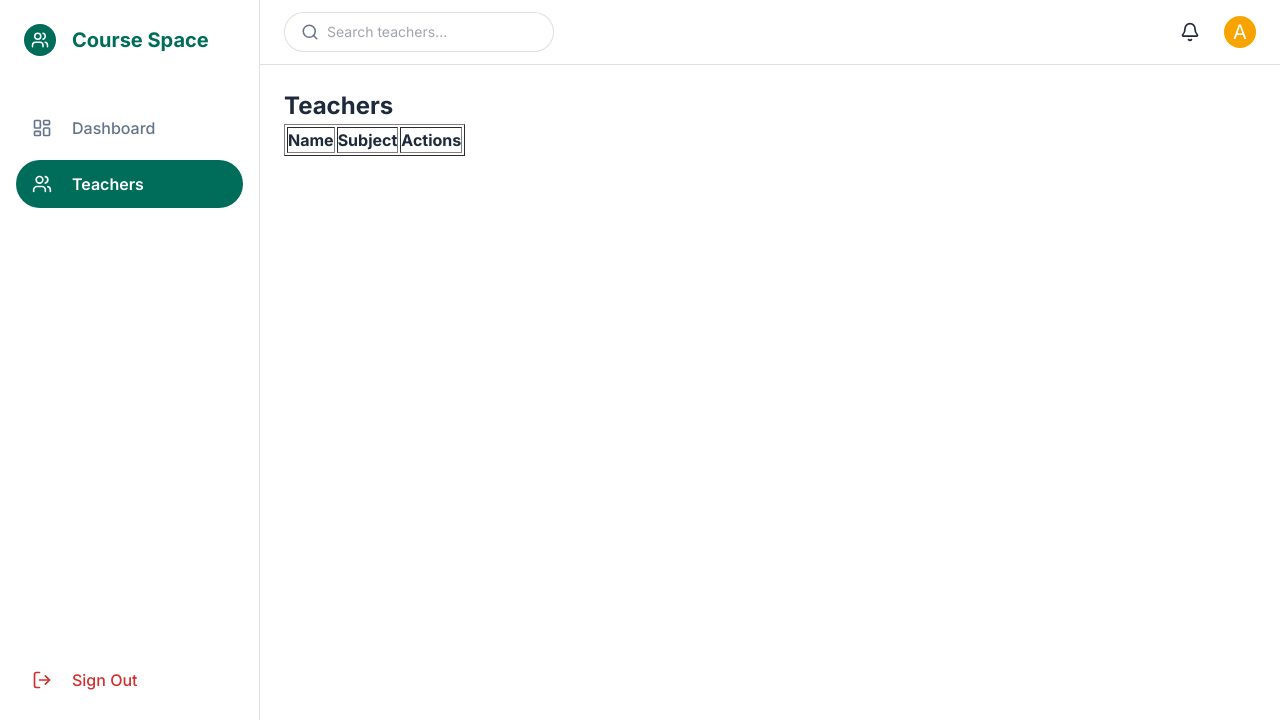
Repository: int-sonu/teacher_management_dashboard
Page: /teachers
The author's editor kept a copy of each file at every save. The page is drawn from the files as they stood at one save, then again after the next save.
The browser window is 1280 px wide. The pictures show the whole page.
The page's requests for data from a server got no answer. The project was rebuilt for these pictures with package versions that can differ from the ones it lists, and the page was loaded fresh each time. No one was signed in, and anything a server would have sent is missing. Also part of the build but not shown: vite.config.ts, src/components/layout/PublicLayout.tsx, src/pages/DashboardHome.tsx, src/features/teachers/TeacherForm.tsx, src/features/teachers/TeacherDetail.tsx, src/pages/LandingPage.tsx, src/api/axiosClient.ts, src/api/authApi.ts and 3 more.

Above is the page before, as saved 2026-03-26 02:40:39.

### index.html
<!DOCTYPE html>
<html lang="en">
  <head>
    <meta charset="UTF-8" />
    <link rel="icon" type="image/svg+xml" href="/vite.svg" />
    <meta name="viewport" content="width=device-width, initial-scale=1.0" />
    <title>TeacherOS - Professional Dashboard</title>
    <link rel="preconnect" href="https://fonts.googleapis.com">
    <link rel="preconnect" href="https://fonts.gstatic.com" crossorigin>
    <link href="https://fonts.googleapis.com/css2?family=Inter:wght@300;400;500;600;700;800;900&display=swap" rel="stylesheet">
  </head>
  <body>
    <div id="root"></div>
    <script type="module" src="/src/main.tsx"></script>
  </body>
</html>

### src/main.tsx
import { StrictMode } from 'react'
import { createRoot } from 'react-dom/client'
import { Provider } from 'react-redux'
import { store } from './app/store'
import App from './App.tsx'
import './styles/global.css'
import './styles/glassmorphism.css'

createRoot(document.getElementById('root')!).render(
  <StrictMode>
    <Provider store={store}>
      <App />
    </Provider>
  </StrictMode>,
)

### src/app/store.ts
import { configureStore } from '@reduxjs/toolkit';
import teacherReducer from '../features/teachers/teacherSlice';
import toastReducer from '../features/toast/toastSlice';

export const store = configureStore({
  reducer: {
    teachers: teacherReducer,
    toast: toastReducer,
  },
});

export type RootState = ReturnType<typeof store.getState>;
export type AppDispatch = typeof store.dispatch;

### src/App.tsx
import { BrowserRouter as Router, Routes, Route, Navigate } from 'react-router-dom';
import { ThemeProvider } from '@mui/material/styles';
import CssBaseline from '@mui/material/CssBaseline';
import theme from './theme';
import DashboardLayout from './components/layout/DashboardLayout';
import PublicLayout from './components/layout/PublicLayout';
import DashboardHome from './pages/DashboardHome';
import TeachersPage from './pages/TeachersPage';
import LandingPage from './pages/LandingPage';
import { AboutPage, ContactPage, AuthPage } from './pages/StaticPages';
import Toast from './components/common/Toast';

const App = () => {
  return (
    <ThemeProvider theme={theme}>
      <CssBaseline />
      <Router>
        <Routes>
          {/* Public Routes */}
          <Route path="/" element={<PublicLayout><LandingPage /></PublicLayout>} />
          <Route path="/about" element={<PublicLayout><AboutPage /></PublicLayout>} />
          <Route path="/contact" element={<PublicLayout><ContactPage /></PublicLayout>} />
          <Route path="/login" element={<PublicLayout><AuthPage mode="login" /></PublicLayout>} />
          <Route path="/register" element={<PublicLayout><AuthPage mode="register" /></PublicLayout>} />

          {/* Dashboard Routes */}
          <Route path="/dashboard" element={<DashboardLayout><DashboardHome /></DashboardLayout>} />
          <Route path="/teachers" element={<DashboardLayout><TeachersPage /></DashboardLayout>} />

          {/* Catch all */}
          <Route path="*" element={<Navigate to="/" replace />} />
        </Routes>
        <Toast />
      </Router>
    </ThemeProvider>
  );
};

export default App;

### src/features/teachers/teacherSlice.ts
import { createSlice, createAsyncThunk } from "@reduxjs/toolkit";
import * as api from "../../api/teacherApi";

export interface Teacher {
  id: number;
  name: string;
  subject: string;
}

interface TeacherState {
  teachers: Teacher[];
  selectedTeacher: Teacher | null;
  loading: boolean;
  error: string | null;
}

const initialState: TeacherState = {
  teachers: [],
  selectedTeacher: null,
  loading: false,
  error: null,
};

// 🔥 THUNKS

export const fetchTeachers = createAsyncThunk(
  "teachers/fetchAll",
  async () => await api.getTeachers()
);

// 🔥 FIXED (THIS WAS MISSING)
export const fetchTeacherById = createAsyncThunk(
  "teachers/fetchById",
  async (id: number) => await api.getTeacherById(id)
);

export const addTeacher = createAsyncThunk(
  "teachers/add",
  async (data: Teacher) => await api.createTeacher(data)
);

export const updateTeacher = createAsyncThunk(
  "teachers/update",
  async ({ id, data }: { id: number; data: Teacher }) =>
    await api.updateTeacher(id, data)
);

export const deleteTeacher = createAsyncThunk(
  "teachers/delete",
  async (id: number) => await api.deleteTeacherApi(id)
);

// 🔥 SLICE
const teacherSlice = createSlice({
  name: "teachers",
  initialState,
  reducers: {},
  extraReducers: (builder) => {
    builder
      // FETCH ALL
      .addCase(fetchTeachers.pending, (state) => {
        state.loading = true;
      })
      .addCase(fetchTeachers.fulfilled, (state, action) => {
        state.loading = false;
        state.teachers = action.payload.data || action.payload;
      })
      .addCase(fetchTeachers.rejected, (state) => {
        state.loading = false;
        state.error = "Failed to fetch";
      })

      // 🔥 FETCH BY ID
      .addCase(fetchTeacherById.fulfilled, (state, action) => {
        state.selectedTeacher = action.payload;
      })

      // ADD
      .addCase(addTeacher.fulfilled, (state, action) => {
        state.teachers.push(action.payload);
      })

      // UPDATE
      .addCase(updateTeacher.fulfilled, (state, action) => {
        const index = state.teachers.findIndex(
          (t) => t.id === action.payload.id
        );
        if (index !== -1) {
          state.teachers[index] = action.payload;
        }
      })

      // DELETE
      .addCase(deleteTeacher.fulfilled, (state, action) => {
        state.teachers = state.teachers.filter(
          (t) => t.id !== action.payload
        );
      });
  },
});

export default teacherSlice.reducer;

### src/features/toast/toastSlice.ts
import { createSlice } from '@reduxjs/toolkit';
import type { PayloadAction } from '@reduxjs/toolkit';

export interface ToastMessage {
  id: string;
  type: 'success' | 'error' | 'info';
  message: string;
}

interface ToastState {
  messages: ToastMessage[];
}

const initialState: ToastState = {
  messages: [],
};

const toastSlice = createSlice({
  name: 'toast',
  initialState,
  reducers: {
    showToast: (state, action: PayloadAction<Omit<ToastMessage, 'id'>>) => {
      const id = Date.now().toString();
      state.messages.push({ ...action.payload, id });
    },
    hideToast: (state, action: PayloadAction<string>) => {
      state.messages = state.messages.filter((m) => m.id !== action.payload);
    },
  },
});

export const { showToast, hideToast } = toastSlice.actions;
export default toastSlice.reducer;

### src/theme.ts
import { createTheme } from '@mui/material/styles';

const theme = createTheme({
  palette: {
    primary: {
      main: '#006d5b', // The deep green from the design
      contrastText: '#ffffff',
    },
    secondary: {
      main: '#f7a400', // The yellow/orange accent
    },
    background: {
      default: '#ffffff',
      paper: '#ffffff',
    },
    text: {
      primary: '#1e293b',
      secondary: '#64748b',
    },
  },
  typography: {
    fontFamily: '"Inter", "Roboto", "Helvetica", "Arial", sans-serif',
    h1: {
      fontWeight: 900,
      letterSpacing: '-0.02em',
    },
    h2: {
      fontWeight: 800,
      letterSpacing: '-0.01em',
    },
    button: {
      textTransform: 'none',
      fontWeight: 700,
    },
  },
  shape: {
    borderRadius: 12,
  },
  components: {
    MuiButton: {
      styleOverrides: {
        root: {
          padding: '10px 24px',
          boxShadow: 'none',
          '&:hover': {
            boxShadow: 'none',
          },
        },
        containedPrimary: {
          backgroundColor: '#006d5b',
          '&:hover': {
            backgroundColor: '#005a4a',
          },
        },
      },
    },
    MuiAppBar: {
      styleOverrides: {
        root: {
          backgroundColor: '#ffffff',
          color: '#1e293b',
          boxShadow: 'none',
          borderBottom: '1px solid #f1f5f9',
        },
      },
    },
  },
});

export default theme;

### src/components/layout/DashboardLayout.tsx
import React, { useState } from 'react';
import { NavLink, useLocation, useNavigate } from 'react-router-dom';
import {
  Box, Drawer, AppBar, Toolbar, Typography, List, ListItem,
  ListItemButton, ListItemIcon, ListItemText, IconButton, Avatar,
  InputBase, useTheme
} from '@mui/material';
import { LayoutDashboard, Users, LogOut, Search, Bell, Menu, Info, Mail } from 'lucide-react';

const DRAWER_WIDTH = 260;

const DashboardLayout: React.FC<{ children: React.ReactNode }> = ({ children }) => {
  const theme = useTheme();
  const location = useLocation();
  const navigate = useNavigate();
  const [mobileOpen, setMobileOpen] = useState(false);

  const handleDrawerToggle = () => {
    setMobileOpen(!mobileOpen);
  };

  const navItems = [
    { to: '/dashboard', icon: <LayoutDashboard size={20} />, label: 'Dashboard' },
    { to: '/teachers', icon: <Users size={20} />, label: 'Teachers' },

  ];

  const drawer = (
    <Box sx={{ display: 'flex', flexDirection: 'column', height: '100%' }}>
      <Box sx={{ p: 3, display: 'flex', alignItems: 'center', gap: 2, mb: 2 }}>
        <Box sx={{
          width: 32, height: 32, borderRadius: 2,
          bgcolor: 'primary.main', display: 'flex',
          alignItems: 'center', justifyContent: 'center'
        }}>
          <Users size={18} color="#fff" />
        </Box>
        <Typography variant="h6" fontWeight="bold" color="primary.main">
          Course Space
        </Typography>
      </Box>

      <List sx={{ px: 2, flex: 1 }}>
        {navItems.map((item) => {
          const isActive = location.pathname.startsWith(item.to);
          return (
            <ListItem key={item.to} disablePadding sx={{ mb: 1 }}>
              <ListItemButton
                component={NavLink}
                to={item.to}
                sx={{
                  borderRadius: 2,
                  bgcolor: isActive ? 'primary.main' : 'transparent',
                  color: isActive ? 'primary.contrastText' : 'text.secondary',
                  '&:hover': {
                    bgcolor: isActive ? 'rgba(0, 109, 91, 0.9)' : 'rgba(0,0,0,0.04)',
                  },
                }}
              >
                <ListItemIcon sx={{
                  color: 'inherit',
                  minWidth: 40
                }}>
                  {item.icon}
                </ListItemIcon>
                <ListItemText
                  primary={item.label}
                  primaryTypographyProps={{ fontWeight: isActive ? 600 : 500 }}
                />
              </ListItemButton>
            </ListItem>
          );
        })}
      </List>

      <Box sx={{ p: 2 }}>
        <ListItem disablePadding>
          <ListItemButton
            onClick={() => navigate('/')}
            sx={{ borderRadius: 2, color: 'error.main', '&:hover': { bgcolor: 'error.light', color: 'error.contrastText' } }}
          >
            <ListItemIcon sx={{ color: 'inherit', minWidth: 40 }}>
              <LogOut size={20} />
            </ListItemIcon>
            <ListItemText primary="Sign Out" primaryTypographyProps={{ fontWeight: 500 }} />
          </ListItemButton>
        </ListItem>
      </Box>
    </Box>
  );

  return (
    <Box sx={{ display: 'flex', minHeight: '100vh', bgcolor: 'background.default' }}>
      <AppBar
        position="fixed"
        sx={{
          width: { md: `calc(100% - ${DRAWER_WIDTH}px)` },
          ml: { md: `${DRAWER_WIDTH}px` },
          bgcolor: 'background.paper',
          borderBottom: '1px solid',
          borderColor: 'divider',
          boxShadow: 'none',
          color: 'text.primary',
          borderRadius: 0,
          p: 0,
        }}
      >
        <Toolbar sx={{ justifyContent: 'space-between' }}>
          <Box sx={{ display: 'flex', alignItems: 'center' }}>
            <IconButton
              color="inherit"
              edge="start"
              onClick={handleDrawerToggle}
              sx={{ mr: 2, display: { md: 'none' } }}
            >
              <Menu />
            </IconButton>

            <Box sx={{
              display: { xs: 'none', sm: 'flex' },
              alignItems: 'center',
              bgcolor: 'background.default',
              borderRadius: 3,
              px: 2, py: 0.5,
              border: '1px solid',
              borderColor: 'divider',
            }}>
              <Search size={18} color={theme.palette.text.secondary} />
              <InputBase
                placeholder="Search teachers..."
                sx={{ ml: 1, flex: 1, color: 'text.primary', fontSize: '0.875rem' }}
              />
            </Box>
          </Box>

          <Box sx={{ display: 'flex', alignItems: 'center', gap: 2 }}>
            <IconButton color="inherit">
              <Bell size={20} />
            </IconButton>
            <Avatar sx={{ bgcolor: 'secondary.main', width: 32, height: 32 }}>
              A
            </Avatar>
          </Box>
        </Toolbar>
      </AppBar>

      <Box
        component="nav"
        sx={{ width: { md: DRAWER_WIDTH }, flexShrink: { md: 0 } }}
      >
        <Drawer
          variant="temporary"
          open={mobileOpen}
          onClose={handleDrawerToggle}
          ModalProps={{ keepMounted: true }}
          sx={{
            display: { xs: 'block', md: 'none' },
            '& .MuiDrawer-paper': { boxSizing: 'border-box', width: DRAWER_WIDTH, borderRight: 'none', borderRadius: 0, p: 0 },
          }}
        >
          {drawer}
        </Drawer>
        <Drawer
          variant="permanent"
          sx={{
            display: { xs: 'none', md: 'block' },
            '& .MuiDrawer-paper': { boxSizing: 'border-box', width: DRAWER_WIDTH, borderRadius: 0, p: 0 },
          }}
          open
        >
          {drawer}
        </Drawer>
      </Box>

      <Box
        component="main"
        sx={{
          flexGrow: 1,
          p: 3,
          width: { md: `calc(100% - ${DRAWER_WIDTH}px)` },
          mt: '64px',
        }}
      >
        {children}
      </Box>
    </Box>
  );
};

export default DashboardLayout;

### src/pages/TeachersPage.tsx
import React, { useState } from 'react';
import { useAppDispatch } from '../app/hooks';
import TeacherList from '../features/teachers/TeacherList';
import TeacherForm from '../features/teachers/TeacherForm';
import TeacherDetail from '../features/teachers/TeacherDetail';
import type { Teacher } from '../types/teacher';
import { fetchTeachers, fetchTeacherById } from '../features/teachers/teacherSlice';
import { showToast } from '../features/toast/toastSlice';
import { Dialog, DialogContent, DialogTitle, Box, IconButton } from '@mui/material';
import { X } from 'lucide-react';

const TeachersPage: React.FC = () => {
  const dispatch = useAppDispatch();
  const [isFormOpen, setIsFormOpen] = useState(false);
  const [isDetailOpen, setIsDetailOpen] = useState(false);
  const [editingTeacher, setEditingTeacher] = useState<Teacher | null>(null);
  const [viewingTeacher, setViewingTeacher] = useState<Teacher | null>(null);

  const handleEdit = (teacher: Teacher) => {
    setEditingTeacher(teacher);
    setIsFormOpen(true);
  };

  const handleView = async (teacher: Teacher) => {
    try {
      const resultAction = await dispatch(fetchTeacherById(teacher.id)).unwrap();
      setViewingTeacher(resultAction);
      setIsDetailOpen(true);
    } catch (e: any) {
      dispatch(showToast({ type: 'error', message: e.message || "Failed to load teacher details" }));
    }
  };

  const handleAdd = () => {
    setEditingTeacher(null);
    setIsFormOpen(true);
  };

  const handleFormSuccess = () => {
    setIsFormOpen(false);
    setEditingTeacher(null);
    dispatch(fetchTeachers());
  };

  return (
    <Box sx={{ maxWidth: '1200px', mx: 'auto' }}>
      <TeacherList
        onEdit={handleEdit}
        onView={handleView}
        onAdd={handleAdd}
      />

      <Dialog
        open={isFormOpen}
        onClose={() => setIsFormOpen(false)}
        maxWidth="md"
        fullWidth
        PaperProps={{ sx: { borderRadius: 3, p: 1 } }}
      >
        <DialogTitle sx={{ display: 'flex', justifyContent: 'space-between', alignItems: 'center', pb: 1 }}>
          <Box sx={{ fontWeight: 'bold', fontSize: '1.25rem' }}>
            {editingTeacher ? 'Update Academic Profile' : 'Register New Teacher'}
          </Box>
          <IconButton onClick={() => setIsFormOpen(false)} size="small">
            <X size={20} />
          </IconButton>
        </DialogTitle>
        <DialogContent dividers sx={{ borderTop: 0, borderBottom: 0 }}>
          <TeacherForm
            teacher={editingTeacher}
            onSuccess={handleFormSuccess}
            onCancel={() => setIsFormOpen(false)}
          />
        </DialogContent>
      </Dialog>

      <Dialog
        open={isDetailOpen}
        onClose={() => setIsDetailOpen(false)}
        maxWidth="sm"
        fullWidth
        PaperProps={{ sx: { borderRadius: 3, p: 1 } }}
      >
        <DialogTitle sx={{ display: 'flex', justifyContent: 'space-between', alignItems: 'center', pb: 1 }}>
          <Box sx={{ fontWeight: 'bold', fontSize: '1.25rem' }}>
            Teacher Profile
          </Box>
          <IconButton onClick={() => setIsDetailOpen(false)} size="small">
            <X size={20} />
          </IconButton>
        </DialogTitle>
        <DialogContent dividers sx={{ borderTop: 0, borderBottom: 0 }}>
          {viewingTeacher && <TeacherDetail teacher={viewingTeacher} />}
        </DialogContent>
      </Dialog>
    </Box>
  );
};

export default TeachersPage;

### src/components/common/Toast.tsx
import React, { useEffect } from 'react';
import { useAppDispatch, useAppSelector } from '../../app/hooks';
import { hideToast } from '../../features/toast/toastSlice';
import type { ToastMessage } from '../../features/toast/toastSlice';
import { motion, AnimatePresence } from 'framer-motion';
import { CheckCircle, XCircle, Info, X } from 'lucide-react';

const ToastContainer: React.FC = () => {
  const { messages } = useAppSelector((state) => state.toast);
  const dispatch = useAppDispatch();

  return (
    <div className="fixed bottom-8 right-8 z-[100] flex flex-col gap-3">
      <AnimatePresence>
        {messages.map((toast) => (
          <ToastItem key={toast.id} toast={toast} onHide={(id) => dispatch(hideToast(id))} />
        ))}
      </AnimatePresence>
    </div>
  );
};

const ToastItem = ({ toast, onHide }: { toast: ToastMessage, onHide: (id: string) => void }) => {
  useEffect(() => {
    const timer = setTimeout(() => onHide(toast.id), 5000);
    return () => clearTimeout(timer);
  }, [toast.id, onHide]);

  const icons = {
    success: <CheckCircle className="text-emerald-400" size={20} />,
    error: <XCircle className="text-red-400" size={20} />,
    info: <Info className="text-sky-400" size={20} />,
  };

  const bgColors = {
    success: 'bg-emerald-500/10 border-emerald-500/20',
    error: 'bg-red-500/10 border-red-500/20',
    info: 'bg-sky-500/10 border-sky-500/20',
  };

  return (
    <motion.div
      initial={{ opacity: 0, x: 50, scale: 0.9 }}
      animate={{ opacity: 1, x: 0, scale: 1 }}
      exit={{ opacity: 0, x: 20, scale: 0.9 }}
      className={`glass-panel p-4 flex items-center gap-3 min-w-[320px] max-w-md shadow-2xl border ${bgColors[toast.type]}`}
    >
      {icons[toast.type]}
      <p className="flex-1 text-sm font-medium text-slate-200">{toast.message}</p>
      <button onClick={() => onHide(toast.id)} className="text-slate-400 hover:text-white">
        <X size={16} />
      </button>
    </motion.div>
  );
};

export default ToastContainer;

### src/api/teacherApi.ts
import axios from "axios";

const API_URL = "/api";

// GET ALL
export const getTeachers = async () => {
  const res = await axios.get(`${API_URL}/Teachers`);
  return res.data;
};

// 🔥 GET BY ID (ADDED)
export const getTeacherById = async (id: number) => {
  const res = await axios.get(`${API_URL}/Teachers/${id}`);
  return res.data;
};

// ADD
export const createTeacher = async (data: any) => {
  const res = await axios.post(`${API_URL}/Teachers`, data);
  return res.data;
};

// UPDATE
export const updateTeacher = async (id: number, data: any) => {
  const res = await axios.put(`${API_URL}/Teachers/${id}`, data);
  return res.data;
};

// DELETE
export const deleteTeacherApi = async (id: number) => {
  await axios.delete(`${API_URL}/Teachers/${id}`);
  return id;
};

### src/app/hooks.ts
import { useDispatch, useSelector } from 'react-redux';
import type { TypedUseSelectorHook } from 'react-redux';
import type { RootState, AppDispatch } from './store';

// Use throughout your app instead of plain `useDispatch` and `useSelector`
export const useAppDispatch = () => useDispatch<AppDispatch>();
export const useAppSelector: TypedUseSelectorHook<RootState> = useSelector;

### src/features/teachers/TeacherList.tsx
import { useEffect, useState } from "react";
import { useAppDispatch, useAppSelector } from "../../app/hooks";
import {
  fetchTeachers,
  deleteTeacher,
} from "./teacherSlice";
import TeacherForm from "./TeacherForm";

const TeacherList = () => {
  const dispatch = useAppDispatch();
  const { teachers, loading } = useAppSelector((s) => s.teachers);

  const [editingTeacher, setEditingTeacher] = useState<any>(null);

  useEffect(() => {
    dispatch(fetchTeachers());
  }, [dispatch]);

  if (loading) return <p>Loading...</p>;

  return (
    <div>
      <h2>Teachers</h2>

      {/* EDIT FORM */}
      {editingTeacher && (
        <TeacherForm
          editData={editingTeacher}
          onClose={() => setEditingTeacher(null)}
        />
      )}

      <table border={1} cellPadding={10}>
        <thead>
          <tr>
            <th>Name</th>
            <th>Subject</th>
            <th>Actions</th>
          </tr>
        </thead>

        <tbody>
          {teachers.map((t) => (
            <tr key={t.id}>
              <td>{t.name}</td>
              <td>{t.subject}</td>
              <td>
                <button onClick={() => setEditingTeacher(t)}>
                  Edit
                </button>

                <button onClick={() => dispatch(deleteTeacher(t.id))}>
                  Delete
                </button>
              </td>
            </tr>
          ))}
        </tbody>
      </table>
    </div>
  );
};

export default TeacherList;

Loaded but not shown: src/styles/global.css (193 lines, source omitted)

After the next save:
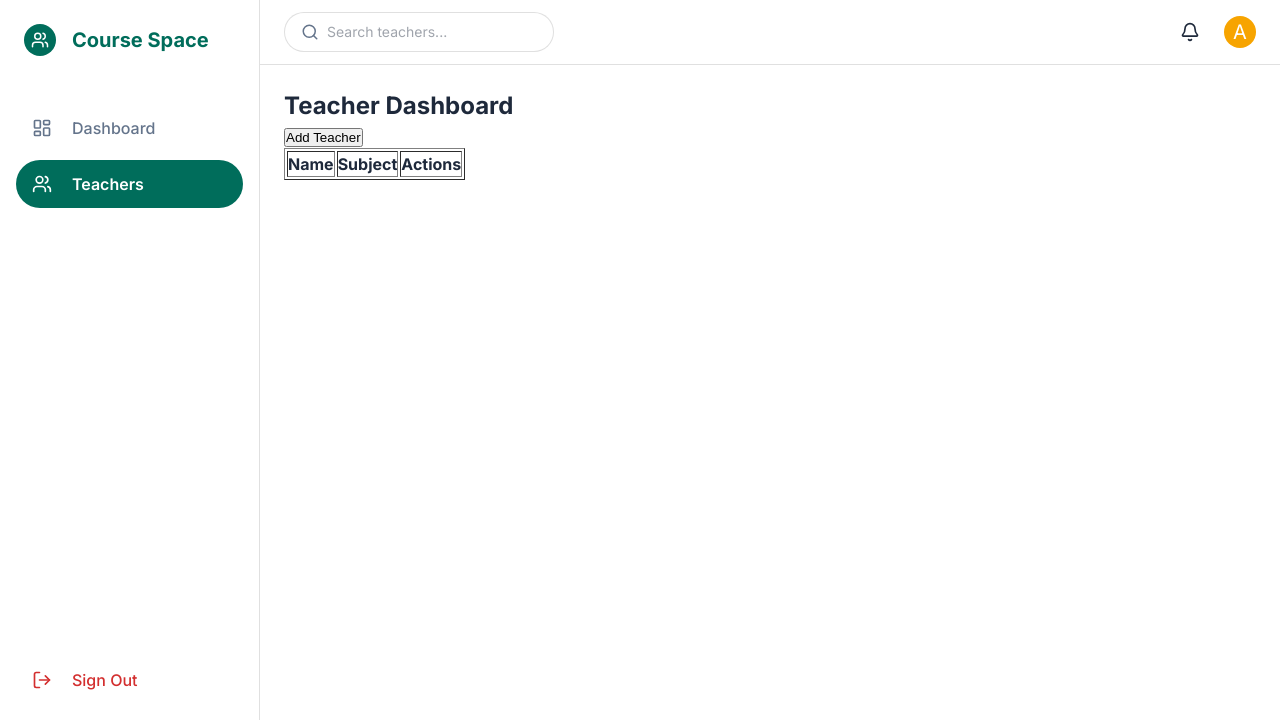
Saved 5 min 35 s later.
--- a/src/features/teachers/TeacherList.tsx
+++ b/src/features/teachers/TeacherList.tsx
@@ -10,6 +10,7 @@ const TeacherList = () => {
   const dispatch = useAppDispatch();
   const { teachers, loading } = useAppSelector((s) => s.teachers);
 
+  const [showForm, setShowForm] = useState(false);
   const [editingTeacher, setEditingTeacher] = useState<any>(null);
 
   useEffect(() => {
@@ -20,13 +21,24 @@ const TeacherList = () => {
 
   return (
     <div>
-      <h2>Teachers</h2>
+      <h2>Teacher Dashboard</h2>
 
-      {/* EDIT FORM */}
-      {editingTeacher && (
+      {/* 🔥 ADD BUTTON */}
+      <button onClick={() => {
+        setShowForm(true);
+        setEditingTeacher(null);
+      }}>
+        Add Teacher
+      </button>
+
+      {/* 🔥 FORM (ADD + EDIT) */}
+      {(showForm || editingTeacher) && (
         <TeacherForm
           editData={editingTeacher}
-          onClose={() => setEditingTeacher(null)}
+          onClose={() => {
+            setShowForm(false);
+            setEditingTeacher(null);
+          }}
         />
       )}
 
@@ -45,7 +57,10 @@ const TeacherList = () => {
               <td>{t.name}</td>
               <td>{t.subject}</td>
               <td>
-                <button onClick={() => setEditingTeacher(t)}>
+                <button onClick={() => {
+                  setEditingTeacher(t);
+                  setShowForm(true);
+                }}>
                   Edit
                 </button>
 
